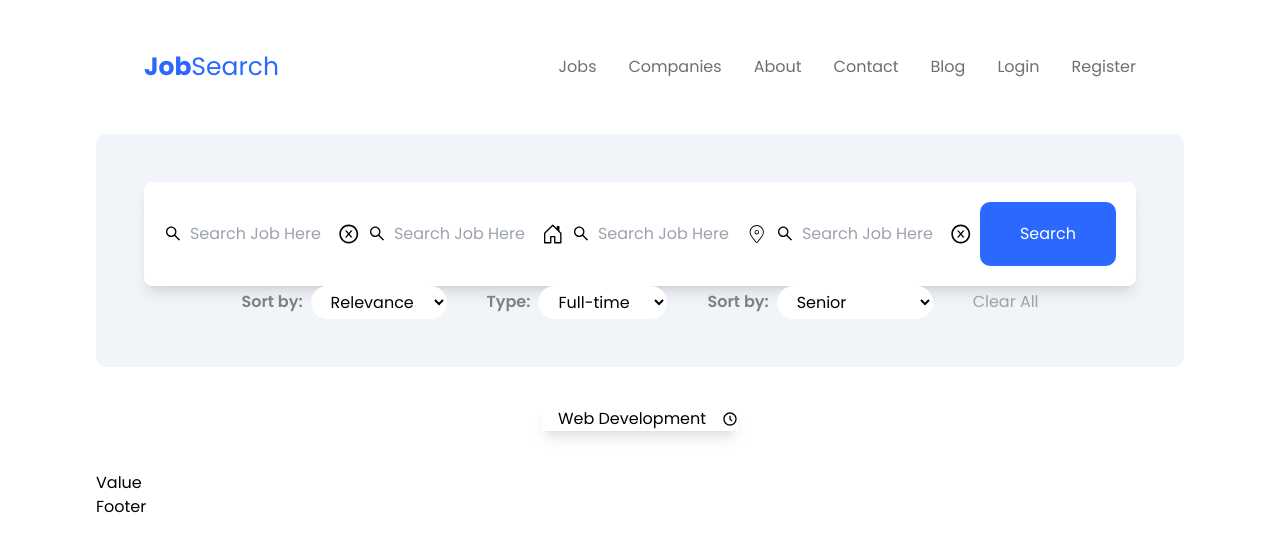
Repository: countaustin1990/Job-Search-website
Page: / (app in vite-project/)
The author's editor kept a copy of each file at every save. The page is drawn from the files as they stood at one save, then again after the next save.
The browser window is 1280 px wide. The pictures show the whole page.
The project was rebuilt for these pictures with package versions that can differ from the ones it lists, and the page was loaded fresh each time. Also part of the build but not shown: vite-project/vite.config.js.

Above is the page before, as saved 2023-08-12 18:37:52.

### vite-project/index.html
<!doctype html>
<html lang="en">
  <head>
    <meta charset="UTF-8" />
    <link rel="icon" type="image/svg+xml" href="/vite.svg" />
    <meta name="viewport" content="width=device-width, initial-scale=1.0" />
    <title>Vite + React</title>
  </head>
  <body>
    <div id="root"></div>
    <script type="module" src="/src/main.jsx"></script>
  </body>
</html>

### vite-project/src/App.jsx
import NavBar from './components/NavBar'
import Job from './components/Job'
import Value from './components/Value'
import Search from './components/Search'
import Footer from './components/Footer'

const App = () => {
  return(
    <div className='w-[85%] m-auto bg-white'>
      <NavBar/>
      <Search/>
      <Job/>
      <Value/>
      <Footer/>
    </div>
  )
}



export default App

### vite-project/src/index.css
@import url("https://fonts.googleapis.com/css2?family=Poppins:wght@200;300;400;500;600;700;800;900&display=swap");

@tailwind base;
@tailwind components;
@tailwind utilities;

:root{
  font-family: 'Poppins', sans-serif;
}

body{
  background: white;
}

li{
  list-style: none;
  cursor: pointer;
  position: relative;
}

li:hover::before{
  position: absolute;
  content: '';
  height: 4px;
  width: 100%;
  background: #2a68ff;
  right: 0;
  bottom: -10px;
  color: #2a68ff;
}

.icon{
  cursor: pointer;
}

.card{
  background: #000;
}

### vite-project/src/components/NavBar.jsx


const NavBar = () => {
    return(
        <div className='navBar flex justify-between items-center p-[3rem]'>
            <div className="logoDiv">
                <h1 className='logo text-[25px] text-blueColor'>
                    <strong>Job</strong>Search
                </h1>
            </div>

            <div className="menu flex gap-8">
                <li className="menuList text-[#6f6f6f] hover:text-blueColor">Jobs</li>
                <li className="menuList text-[#6f6f6f] hover:text-blueColor">Companies</li>
                <li className="menuList text-[#6f6f6f] hover:text-blueColor">About</li>
                <li className="menuList text-[#6f6f6f] hover:text-blueColor">Contact</li>
                <li className="menuList text-[#6f6f6f] hover:text-blueColor">Blog</li>
                <li className="menuList text-[#6f6f6f] hover:text-blueColor">Login</li>
                <li className="menuList text-[#6f6f6f] hover:text-blueColor">Register</li>
            </div>

        </div>
    )
}

export default NavBar

### vite-project/src/components/Job.jsx
import { BiTimeFive } from 'react-icons/bi'

 const Job = () => {
    return(
        <div>

            <div className='jobContainer flex gap-10 justify-center flex-wrap items-center py-10'>

                <div className='group group/items singleJob w-[20] bg-white rounded[10px] hover:bg-blueColor shadow-lg shadow-greyIsh-400/700 hover:shadow-lg'>
                    <span className='flex justify-between items-center gap-4'>
                        <h1 className='text-[16px] font-semibold text-textColor group-hover:text-white'/>Web Development

                        <span>
                            <BiTimeFive/>
                        </span>
                    </span>
                </div>
            </div>
        </div>
    )
 }

 export default Job

### vite-project/src/components/Value.jsx


const Value = () => {
    return(
        <div>Value</div>
    )
}

export default Value

### vite-project/src/components/Search.jsx
import { AiOutlineCloseCircle, AiOutlineSearch,  } from 'react-icons/ai'
import { BsHouseDoor } from 'react-icons/bs'
import { CiLocationOn } from 'react-icons/ci'


const Search = () => {
    return(
        <div className='SearchDiv grid gp-10 bg-greyIsh rounded-[10px] p-[3rem]'>
            <form action=''>
                <div className='firstDiv flex justified-between items-center rounded-[8px] gap-[10px] bg-white p-5 shadow-lg shadow-greyIsh-700'>
                    <div className='flex gap-2 items-center'>
                       <div className="flex gap-2 items-center">
                            <AiOutlineSearch className='text-[25px] icon'/>
                                <input type="text" className='bg-transparent text-blue-500 focus:outline-none w-[100%]' placeholder='Search Job Here'/>
                                    <AiOutlineCloseCircle className='text-[30px] text-[#a5a6a6 hover:text-textColor icon'/>
                        </div>


                       <div className="flex gap-2 items-center">
                            <AiOutlineSearch className='text-[25px] icon'/>
                                <input type="text" className='bg-transparent text-blue-500 focus:outline-none w-[100%]' placeholder='Search Job Here'/>
                                    <BsHouseDoor className='text-[30px] text-[#a5a6a6 hover:text-textColor icon'/>
                        </div>

                        <div className="flex gap-2 items-center">
                            <AiOutlineSearch className='text-[25px] icon'/>
                                <input type="text" className='bg-transparent text-blue-500 focus:outline-none w-[100%]' placeholder='Search Job Here'/>
                                    <CiLocationOn className='text-[30px] text-[#a5a6a6 hover:text-textColor icon'/>
                        </div>

                        <div className="flex gap-2 items-center">
                            <AiOutlineSearch className='text-[25px] icon'/>
                                <input type="text" className='bg-transparent text-blue-500 focus:outline-none w-[100%]' placeholder='Search Job Here'/>
                                    <AiOutlineCloseCircle className='text-[30px] text-[#a5a6a6 hover:text-textColor icon'/>
                        </div>

                        <button className='bg-blueColor h-full p-5 px-10 rounded-[10px] text-white cursor-pointer hover:bg-blue-300'>
                            Search
                        </button>
                    </div>
                </div>
            </form>

            <div className='secDiv flex items-center gap-10 justify-center'>
                <div className='singleSearch flex items-center gap-2'>
                    <label htmlFor='relevance' className='text-[#808080] font-semibold'>
                        Sort by:
                    </label>

                    <select name='' id='relevance' className='bg-white rounded-[34px] px-4 py-1'>
                        <option value=''>Relevance</option>
                        <option value=''>Inclusive</option>
                        <option value=''>Start with</option>
                        <option value=''>Contains</option>
                    </select>
                </div>

                <div className='singleSearch flex items-center gap-2'>
                    <label htmlFor='type' className='text-[#808080] font-semibold'>
                        Type:
                    </label>

                    <select name='' id='type' className='bg-white rounded-[34px] px-4 py-1'>
                        <option value=''>Full-time</option>
                        <option value=''>Remote</option>
                        <option value=''>Contract</option>
                        <option value=''>Part-time</option>
                    </select>
                </div>

                <div className='singleSearch flex items-center gap-2'>
                    <label htmlFor='level' className='text-[#808080] font-semibold'>
                        Sort by:
                    </label>

                    <select name='' id='level' className='bg-white rounded-[34px] px-4 py-1'>
                        <option value=''>Senior</option>
                        <option value=''>Intermediate</option>
                        <option value=''>Beginner</option>
                        <option value=''>Advocate</option>
                    </select>
                </div>

                <span className='text-[#a1a1a1] cursor-pointer'>
                    Clear All
                </span>

            </div>
        </div>
    )
}

export default Search

### vite-project/src/components/Footer.jsx


const Footer = () => {
    return(
        <div>Footer</div>
    )
}

export default Footer

### vite-project/tailwind.config.js
/** @type {import('tailwind').Config} */
export default {
  content: [
    "./index.html",
    "./src/**/*.{js,jsx}",
  ],
  theme: {
    extend: {
      colors: {
      'blueColor': '#2a68ff',
      'greyIsh': '#f1f4f8',
      'cardShadow': '#f7f8f9',
      'textColor': '#252b36',
      }
    },
  },
  plugins: [],
}

Loaded but not shown: vite-project/src/main.jsx (common file)

After the next save:
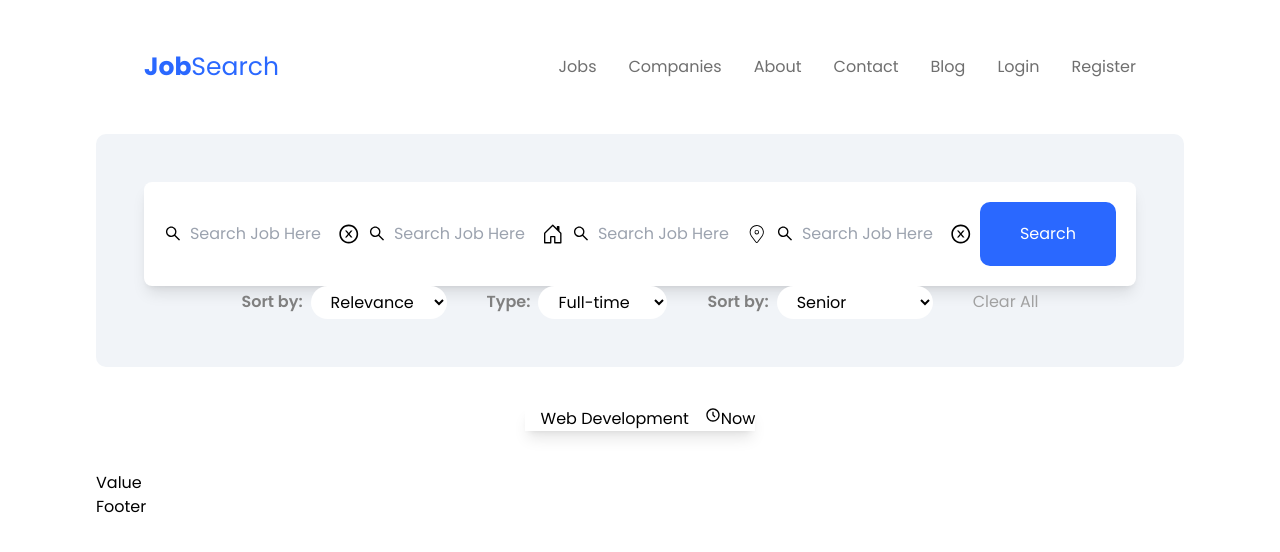
Saved 69 s later.
--- a/vite-project/src/components/Job.jsx
+++ b/vite-project/src/components/Job.jsx
@@ -10,8 +10,8 @@ import { BiTimeFive } from 'react-icons/bi'
                     <span className='flex justify-between items-center gap-4'>
                         <h1 className='text-[16px] font-semibold text-textColor group-hover:text-white'/>Web Development
 
-                        <span>
-                            <BiTimeFive/>
+                        <span className='flex '>
+                            <BiTimeFive/>Now
                         </span>
                     </span>
                 </div>
